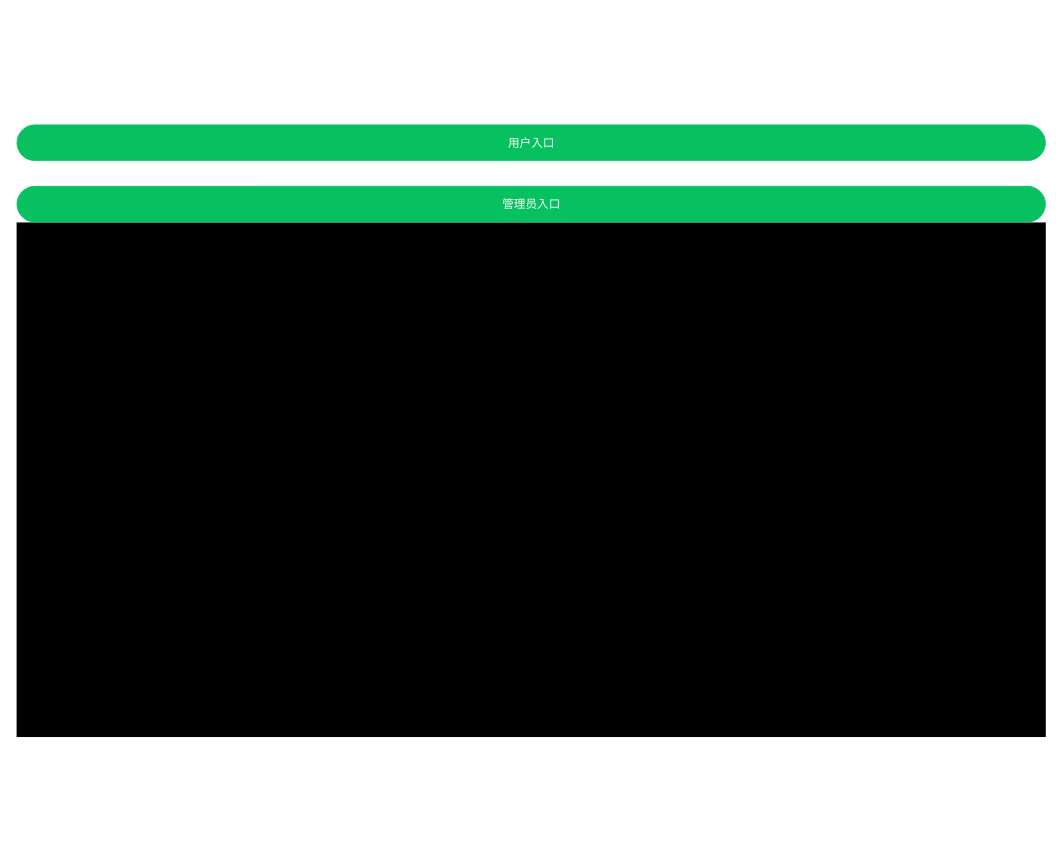
Repository: fisher002/sports
Page: /
These files come from the project's save history. The page is drawn as it stood at one moment and after the next save; the edit follows.
The browser window is 1280 px wide. The pictures show the whole page, at 83% of full size.
The project was rebuilt for these pictures with package versions that can differ from the ones it lists, and the page was loaded fresh each time. Also part of the build but not shown: src/components/public/bottom.vue, src/views/mobile-index/indexUrl.js, src/views/mobile-admin/admin-login/loginUrl.js, src/components/public/top.vue, src/views/mobile-index/mobileIndex.vue, src/utils/comUtils.js, src/views/mobile-index/index.vue, src/views/mobile-index/detailcompate.vue and 68 more.

Above is the page before, as saved 2020-05-04 12:38:27.

After the next save:
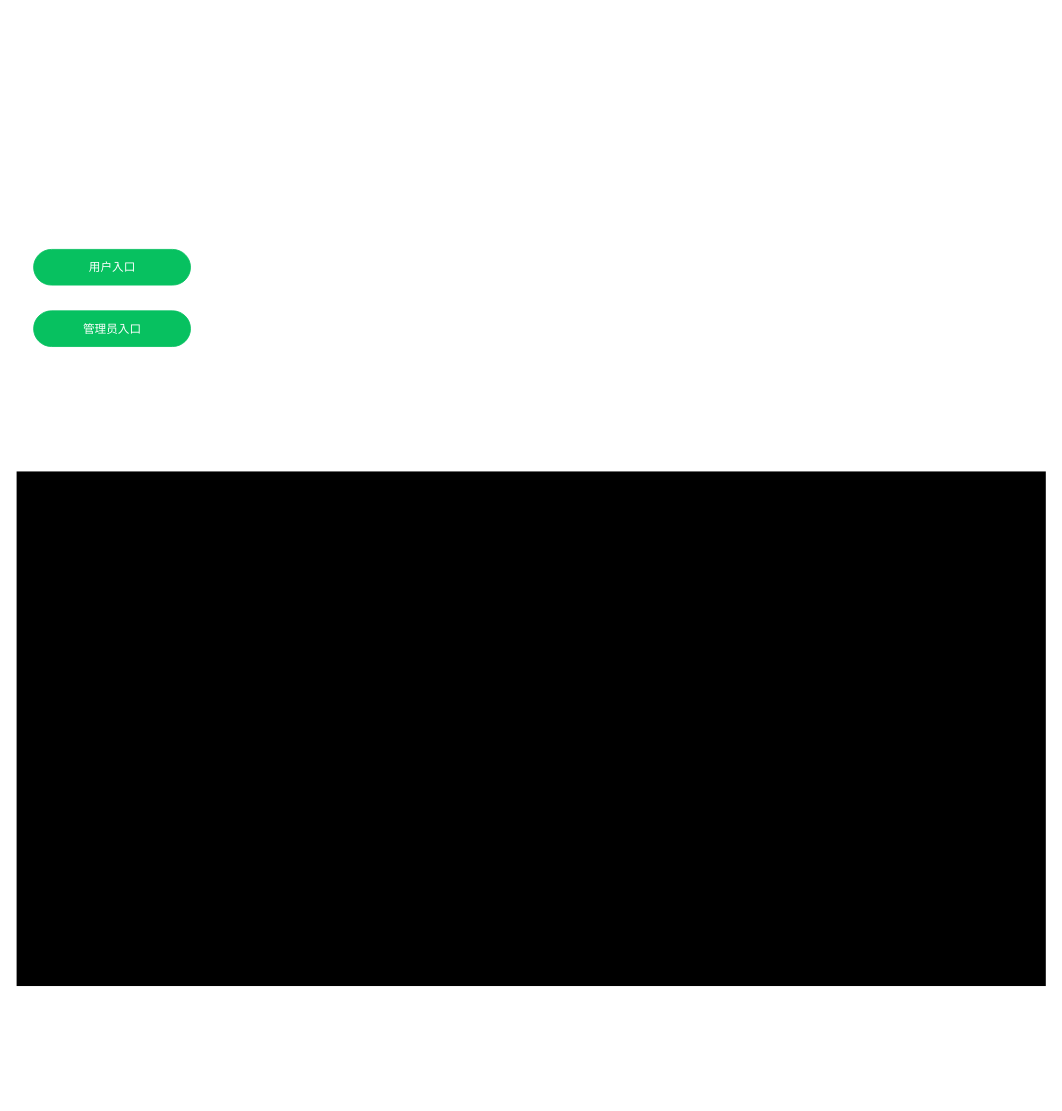
Saved 2 min 32 s later.
--- a/src/views/index.vue
+++ b/src/views/index.vue
@@ -1,8 +1,10 @@
 <template>
   <div class="index">
-    <van-button to="/user" type="primary" block round>用户入口</van-button>
-    <div class="hide"></div>
-    <van-button to="/adminlogin" type="primary" block round>管理员入口</van-button>
+    <div class="btn">
+      <van-button to="/user" type="primary" block round>用户入口</van-button>
+      <div class="hide"></div>
+      <van-button to="/adminlogin" type="primary" block round>管理员入口</van-button>
+    </div>
     <canvas ref="myCanvas" class="canvas"></canvas>
   </div>
 </template>
@@ -10,7 +12,7 @@
 export default {
   data() {
     return {
-      canvas: null,
+      canvas: null
     };
   },
   mounted() {},
@@ -22,9 +24,14 @@ export default {
   display: flex;
   flex-wrap: wrap;
   padding: 150px 20px;
-  .hide {
-    width: 100%;
-    margin: 15px 0;
+  .btn {
+    display: flex;
+    flex-wrap: wrap;
+    padding: 150px 20px;
+    .hide {
+      width: 100%;
+      margin: 15px 0;
+    }
   }
   .canvas {
     width: 100%;
